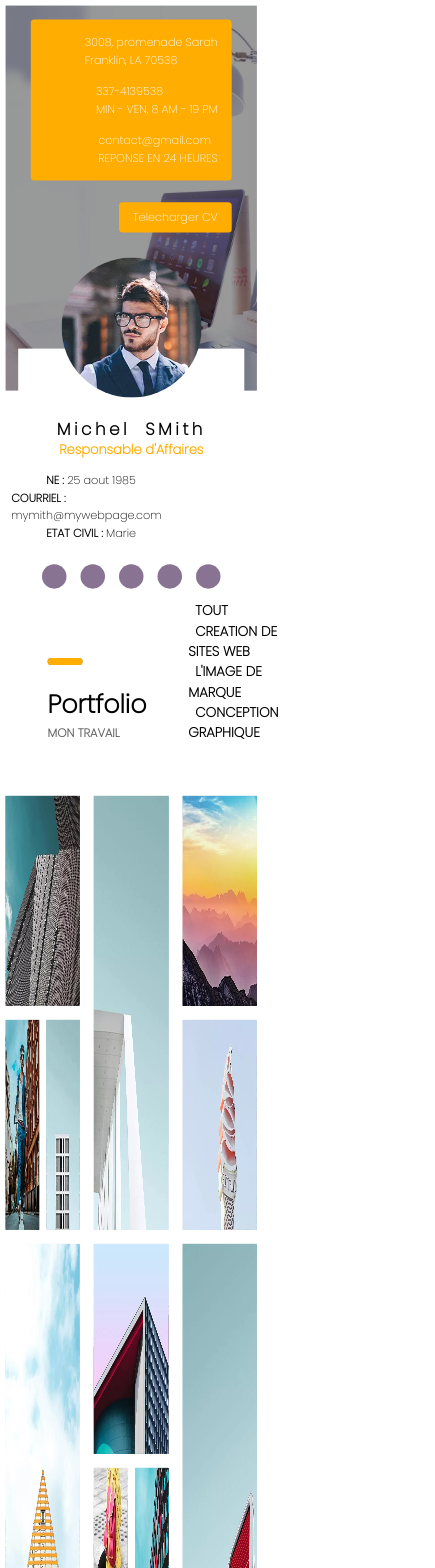
Repository: wadelfadill/CV_PORTFOLIO
Page: index.html
The author's editor kept a copy of each file at every save. The page is drawn from the files as they stood at one save, then again after the next save.
The browser window is 375 px wide. The page is 622 px wide, so the pictures cover 622 px, including what lies to the right of the window. The pictures show the part of the page from y = 0 to 2240 px (the page is 9047 px tall before and 9117 px after), at 70% of full size.
Some icons come from a web library that is not loaded, so they are not drawn. Backgrounds fixed to the window are drawn as part of the page.

Above is the page before, as saved 2023-03-18 14:10:40.

After the next save:
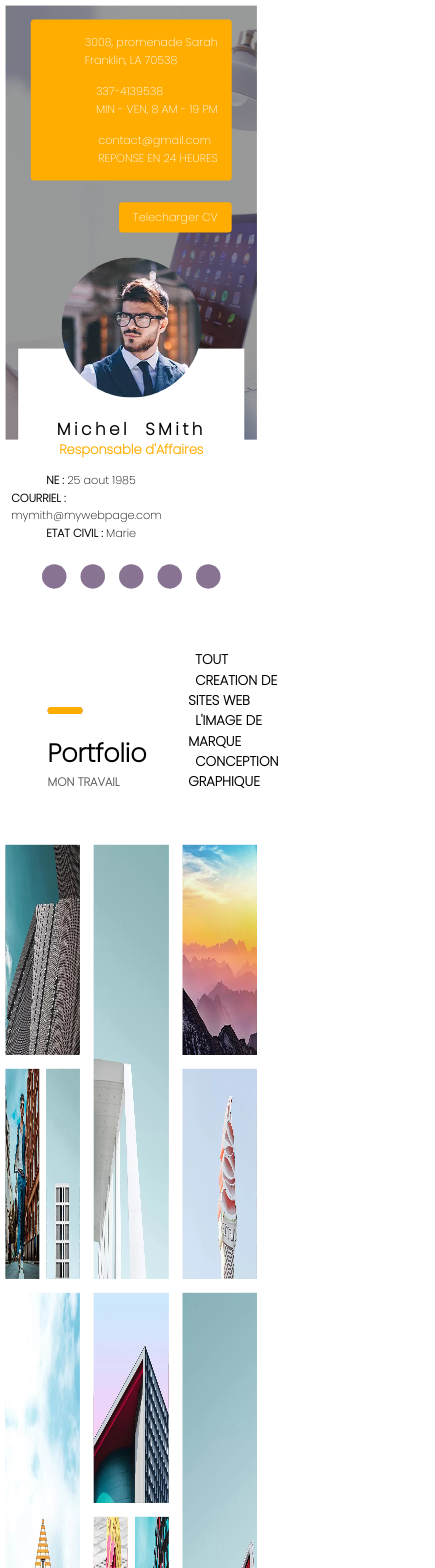
Saved 84 s later.
--- a/style.css
+++ b/style.css
@@ -659,5 +659,8 @@ footer{
     .presentation{
         width: 90%;
     }
-
-}
+    header{
+        height: 600px;
+    }
+
+}
